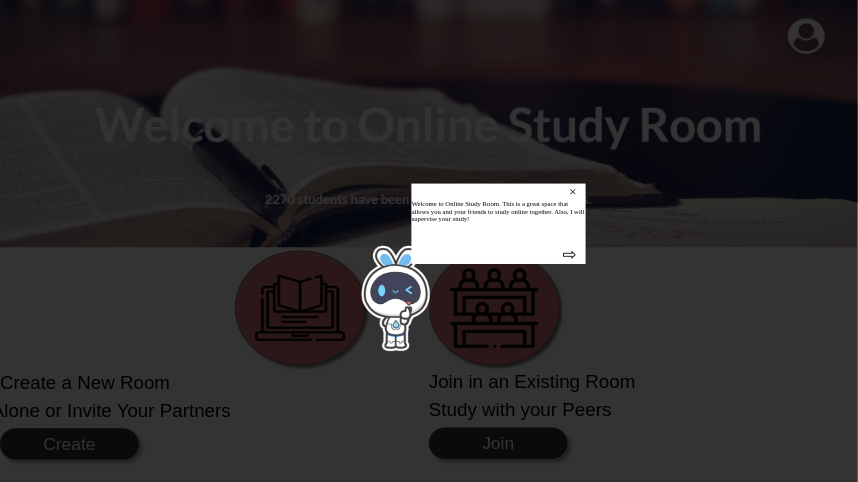
Repository: Team-Extrememe/Online-Study-Room
Page: home.html
An editor plug-in stored every save of this project. The page is shown before and after the next save, followed by the edit.
The browser window is 1280 px wide. The pictures show the whole page, at 67% of full size.

Above is the page before, as saved 2021-10-06 13:26:50.
Console error: TypeError: Cannot set properties of null (setting 'onclick')

After the next save:
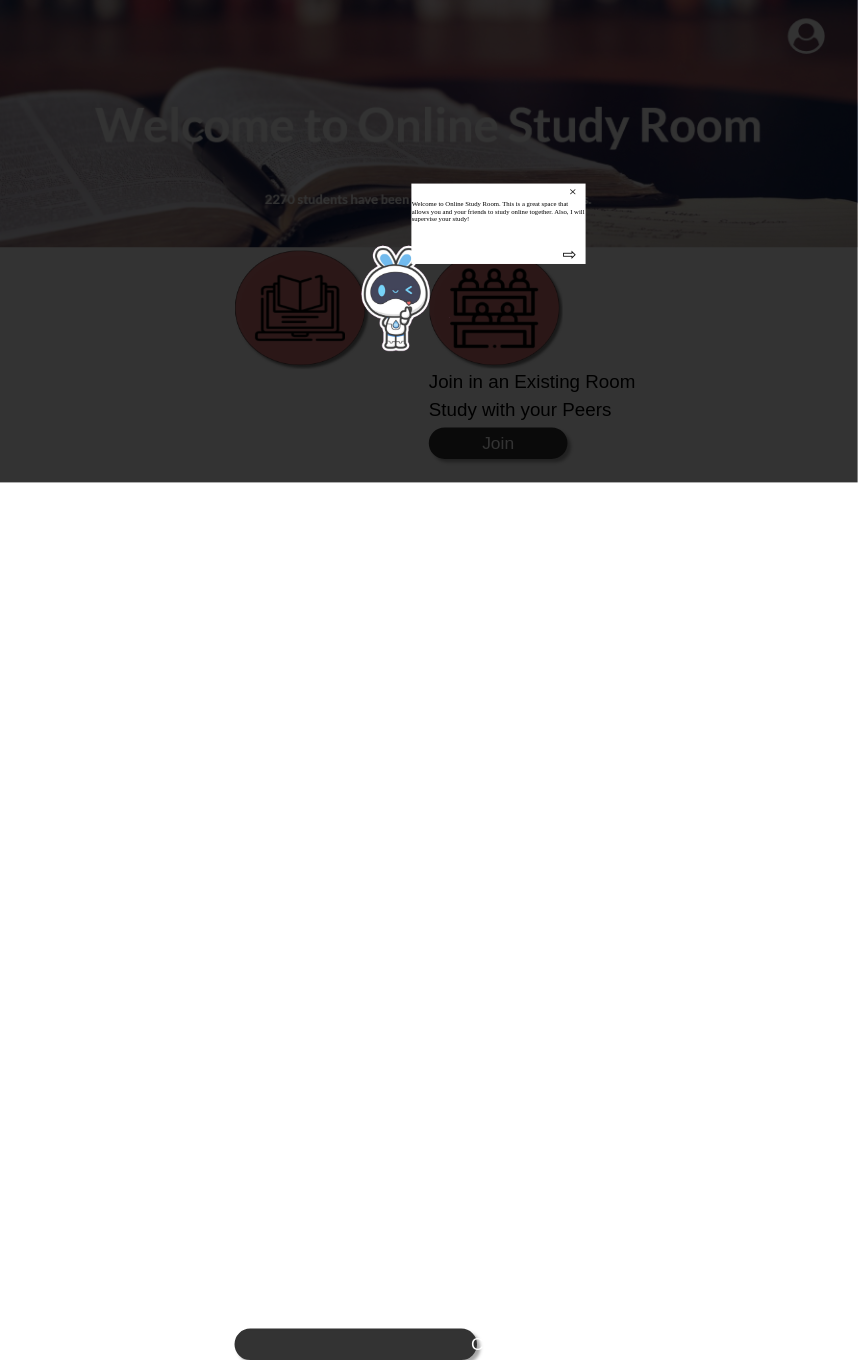
Saved 13 s later.
--- a/css/style.css
+++ b/css/style.css
@@ -170,6 +170,7 @@
     left: 420px;
     bottom: 100px; */
     font-family: 'Arial Negreta', 'Arial Normal', 'Arial', sans-serif;
+    padding-left: 350px;
 }
 
 .create_text span{
@@ -181,16 +182,19 @@
     overflow: hidden;
     padding-bottom: 10px;
     font-size: 28px;
+    padding-left: 350px;
 }
 
 .create_text span:nth-of-type(2){
     position: relative;
     left: -90px;
+    padding-left: 350px;
 }
 
 .create_text button{
     /* position: relative;
     left: 30px; */
+    padding-left: 350px;
     width: 207px;
     height: 47px;
     background: inherit;

After the save that followed:
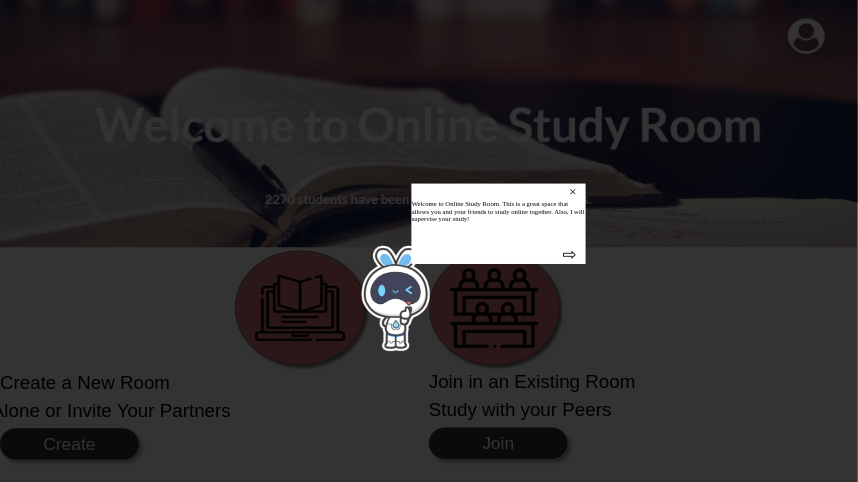
Saved 14 s later.
--- a/css/style.css
+++ b/css/style.css
@@ -170,7 +170,6 @@
     left: 420px;
     bottom: 100px; */
     font-family: 'Arial Negreta', 'Arial Normal', 'Arial', sans-serif;
-    padding-left: 350px;
 }
 
 .create_text span{
@@ -182,19 +181,16 @@
     overflow: hidden;
     padding-bottom: 10px;
     font-size: 28px;
-    padding-left: 350px;
 }
 
 .create_text span:nth-of-type(2){
     position: relative;
     left: -90px;
-    padding-left: 350px;
 }
 
 .create_text button{
     /* position: relative;
     left: 30px; */
-    padding-left: 350px;
     width: 207px;
     height: 47px;
     background: inherit;
